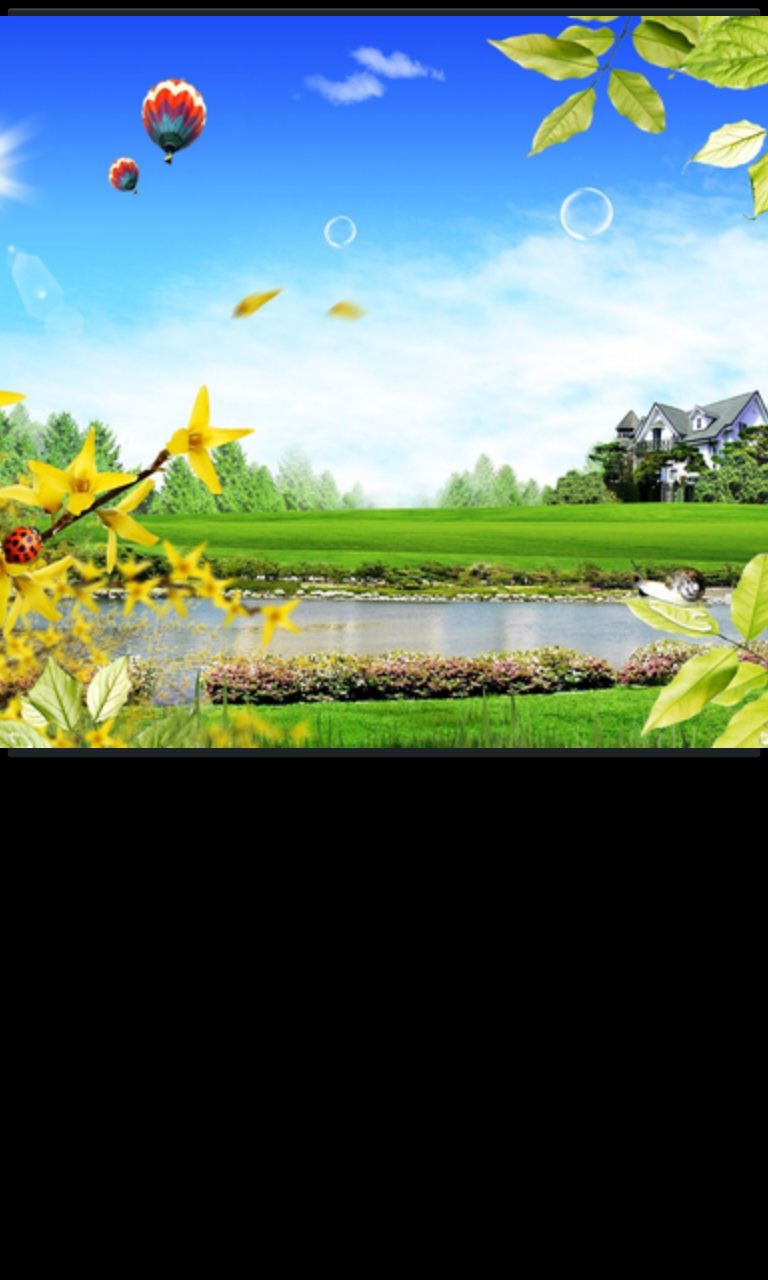
Repository: GuangmingChan/DevelopAndroidApp
Layout: demoImageButton3/res/layout/main.xml
An editor plug-in stored every save of this project. The layout is shown before and after the next save, followed by the edit.
It is drawn on a 768 x 1280 px phone screen (xhdpi) without system bars, with theme android:Theme.Holo; the app's code is not run.

Above is the layout before, as saved 2017-03-14 00:34:35.

After the next save:
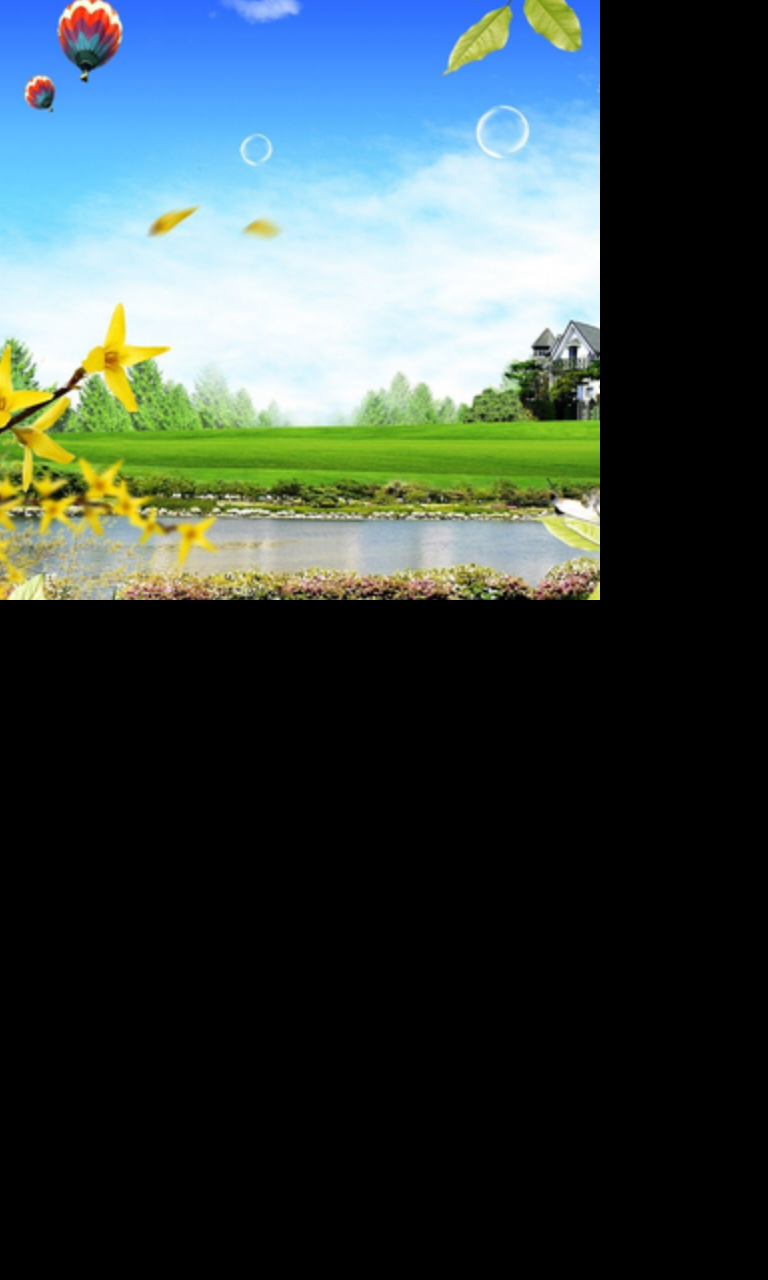
Saved 34 s later.
--- a/demoImageButton3/res/layout/main.xml
+++ b/demoImageButton3/res/layout/main.xml
@@ -7,8 +7,8 @@
     <ImageButton
         android:id="@+id/imgbt"
         android:src="@drawable/sunshine"
-        android:layout_width="wrap_content"
-        android:layout_height="wrap_content"
+        android:layout_width="300dp"
+        android:layout_height="300dp"
         />
 
 </LinearLayout>
